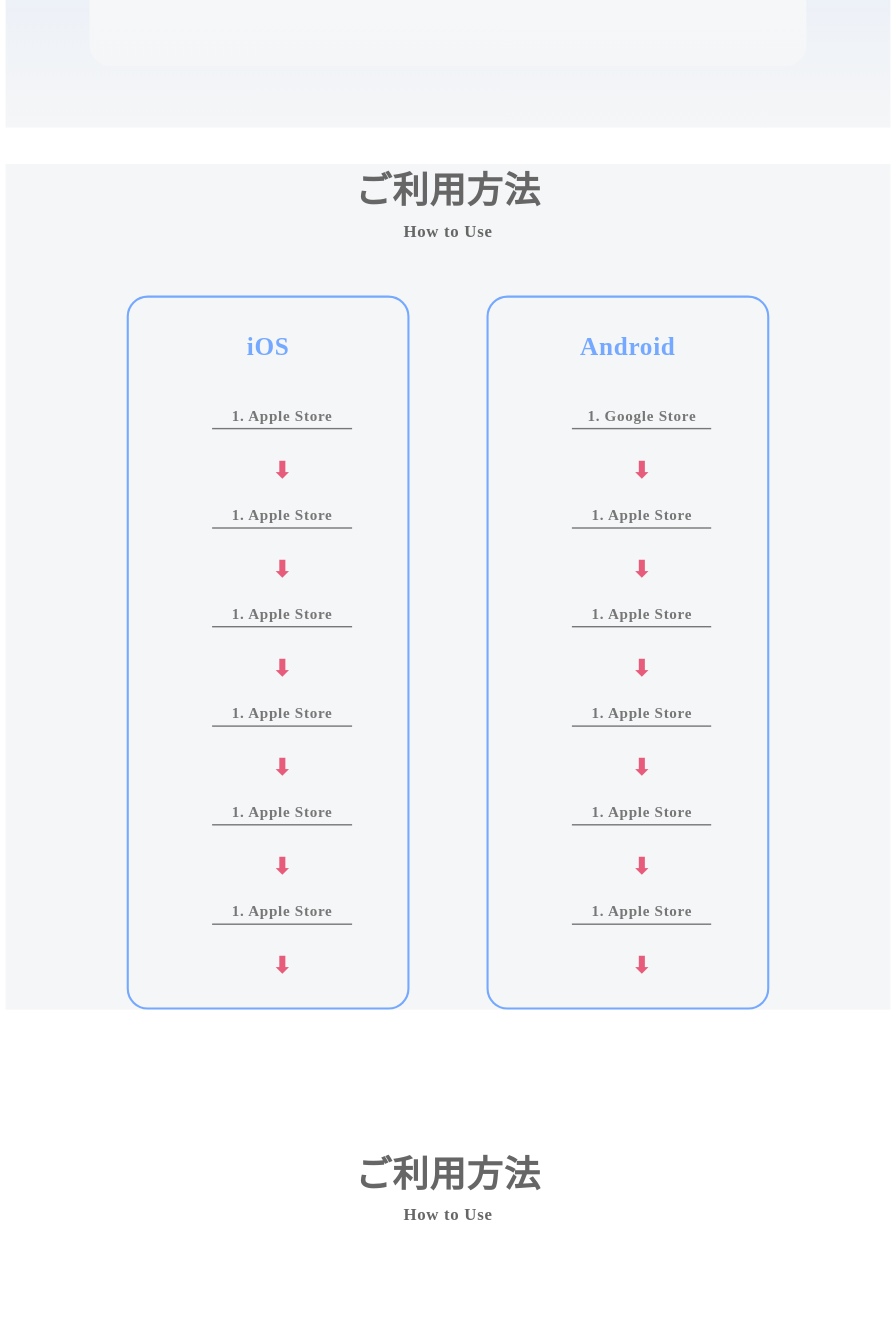
Repository: nozomi-23/LP2
Page: index.html
The author's editor kept a copy of each file at every save. The page is drawn from the files as they stood at one save, then again after the next save.
The browser window is 1280 px wide. The pictures show the part of the page from y = 3835 to 5755 px (the page is 5755 px tall), at 70% of full size.

Above is the page before, as saved 2022-06-15 18:22:17.
Not found: css/reset.css

After the next save:
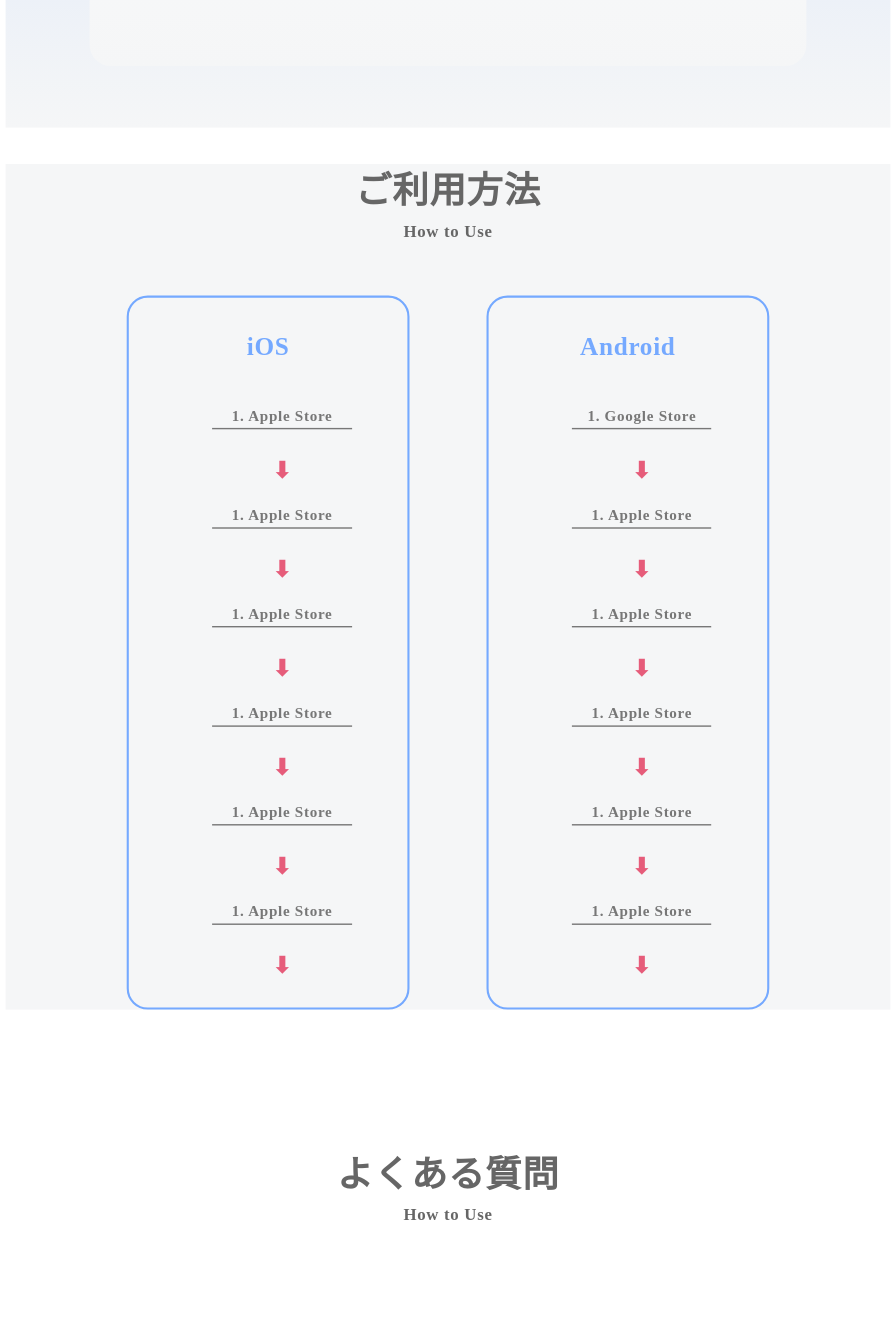
Saved 19 s later.
--- a/index.html
+++ b/index.html
@@ -183,7 +183,7 @@
     <!--======================= faq -->
     <section class="faq section" id="faq">
       <div class="inner">
-        <h3 class="font3 font3_sub">ご利用方法
+        <h3 class="font3 font3_sub">よくある質問
           <small>How to Use</small>
           </h3>
           </div>
